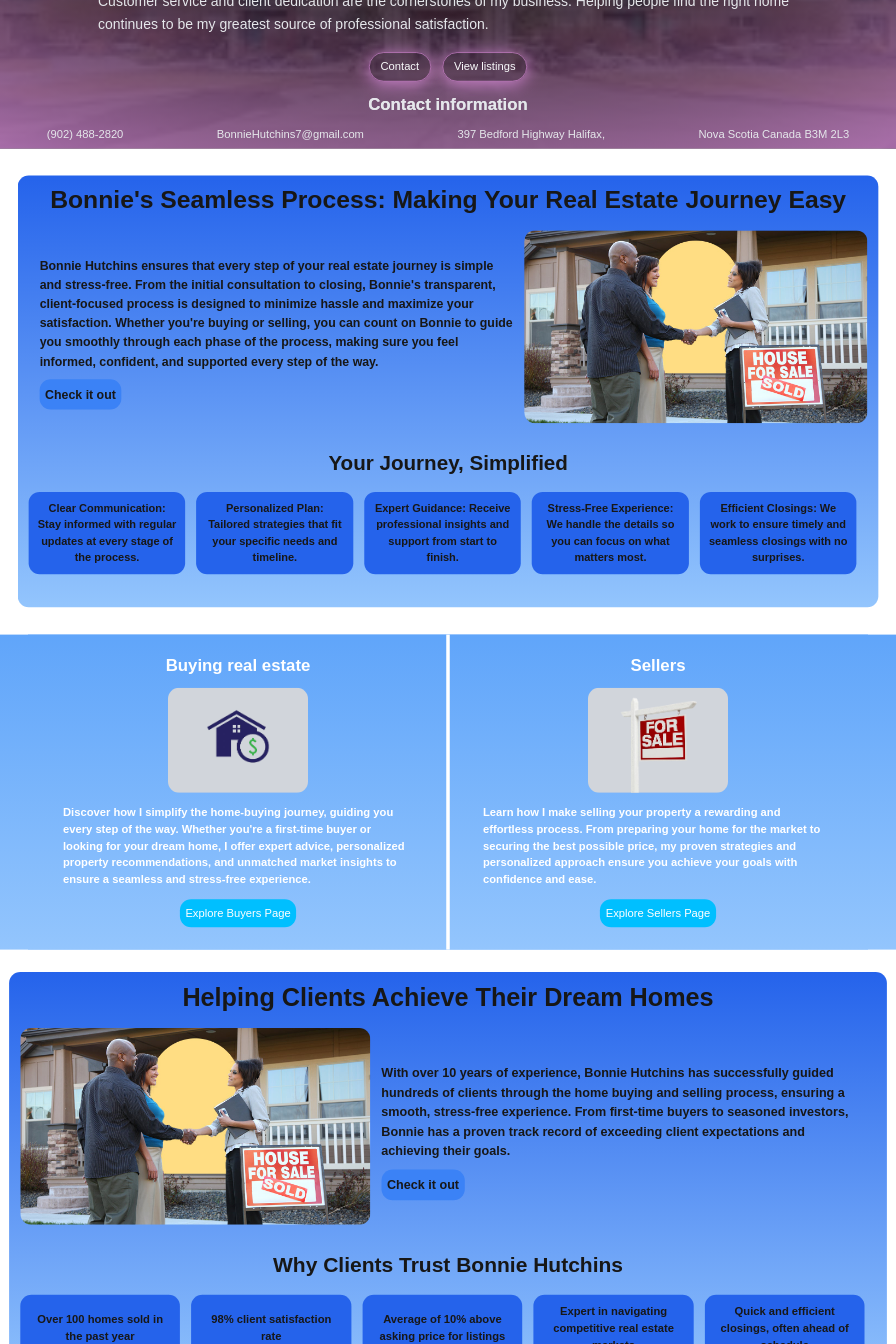
Repository: TMuse333/bonnie-website-
Page: / (app in frontend/)
These files come from the project's save history. The page is drawn as it stood at one moment and after the next save; the edit follows.
The browser window is 1280 px wide. The pictures show the part of the page from y = 552 to 2472 px (the page is 5345 px tall before and 6835 px after), at 70% of full size.
The project was rebuilt for these pictures with package versions that can differ from the ones it lists, and the page was loaded fresh each time. The framework's server and built-in components were replaced by stand-ins that run in the browser. Also part of the build but not shown: frontend/next.config.mjs.

Above is the page before, as saved 2024-12-09 15:35:05.

After the next save:
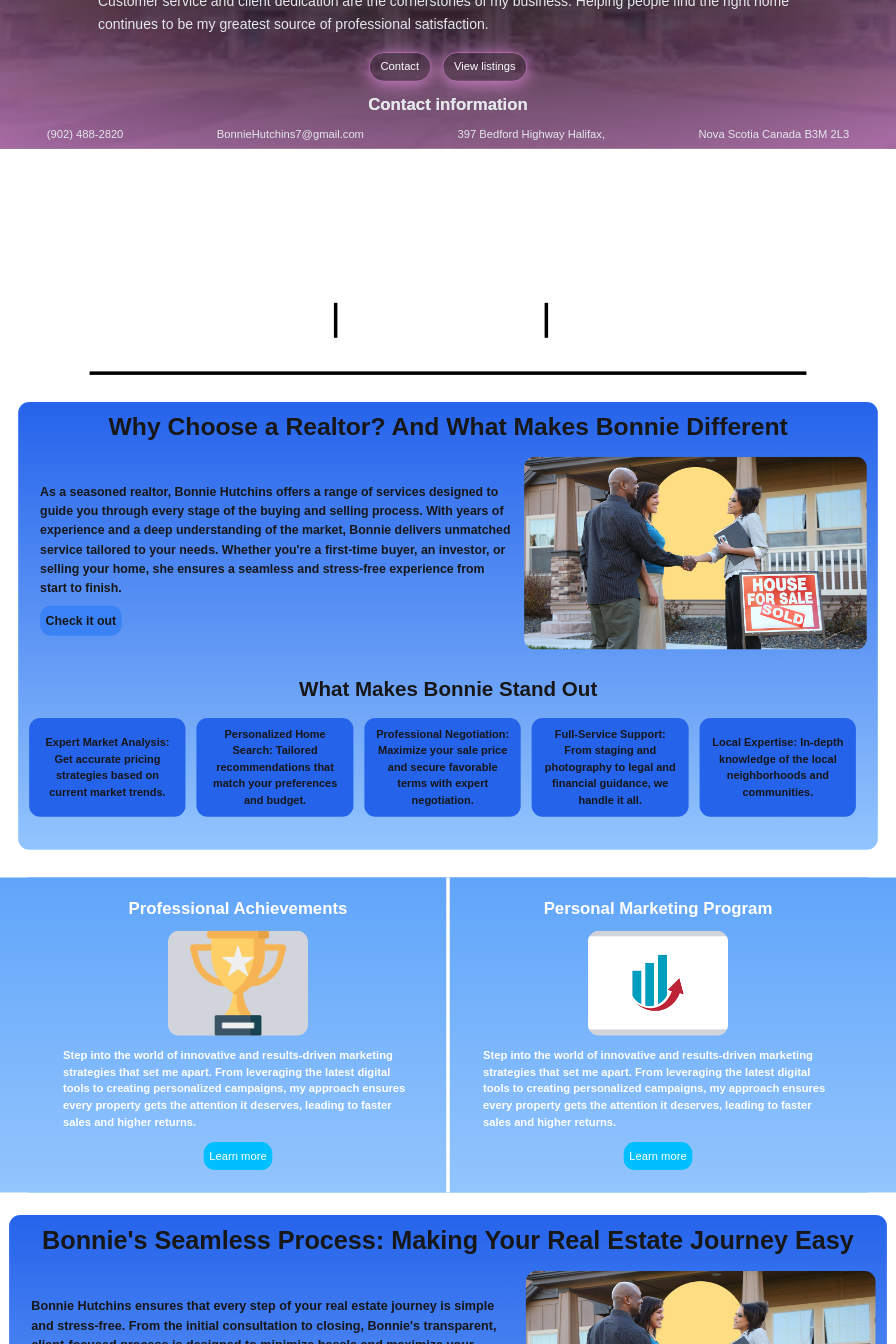
Saved 5 s later.
--- a/frontend/src/app/page.tsx
+++ b/frontend/src/app/page.tsx
@@ -23,7 +23,7 @@
     excludedLink=""
     />
     <AuroraHero/>
-    {/* <CountUpStats
+    <CountUpStats
     number1="45"
     number2="15.5"
     number3="20"/>
@@ -34,7 +34,7 @@
 
     <DisplayBoxes
     data={displayBox1}
-    /> */}
+    />
 
     {/* <ImageTextBox
     {...imageTextBox1}
